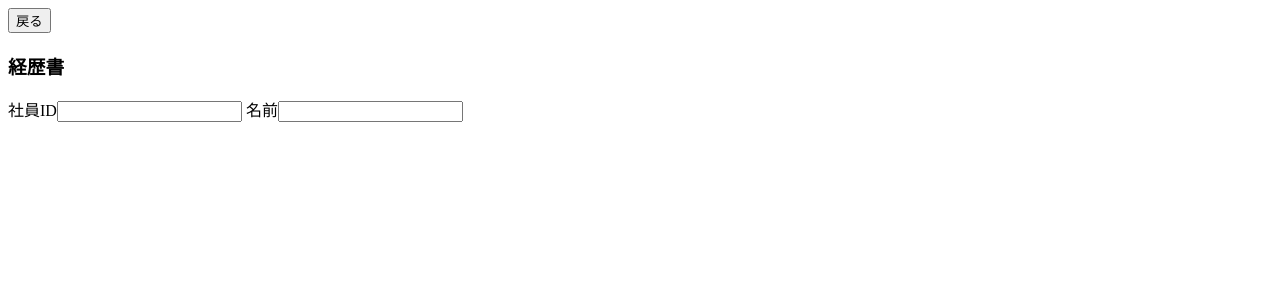
Repository: nguyenvantandev/WebApp
Page: http://localhost/EmployeeInfoSystem/Resume.jsp
An editor plug-in stored every save of this project. The page is shown before and after a run of saves, followed by the edit.
The browser window is 1280 px wide. The pictures show the whole page.
Some web libraries are served in a nearby version. The page is served by Tomcat 9.

Above is the page before, as saved 2016-06-14 01:49:21.

After the next 2 saves:
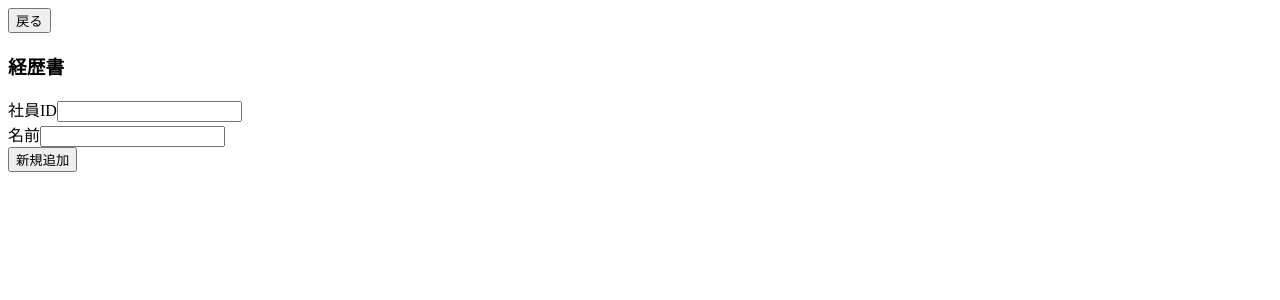
The 2 saves are shown as one change because they came seconds apart.
The last was saved 60 s later.
--- a/EmployeeInfoSystem/WebContent/Resume.jsp
+++ b/EmployeeInfoSystem/WebContent/Resume.jsp
@@ -13,8 +13,10 @@
 <form action="">
 <input type="button" id="modoru" name="modoru" value="戻る">
 <h3><b>経歴書</b></h3>
-<label id="label_shainId">社員ID</label><input type="text" id="shainId" name="shainId">
-<label id="label_namae">名前</label><input type="text" id="namae" name="namae">
+<label id="label_shainId">社員ID</label><input type="text" id="shainId" name="shainId"><br>
+<label id="label_namae">名前</label><input type="text" id="namae" name="namae"><br>
+<input type="button" id="shinkitsuka" name="shinkitsuka" value="新規追加"><br>
+
 
 
 <!--社員マスタ検索画面と 経歴書検索画面の該当行の社員ID -->
